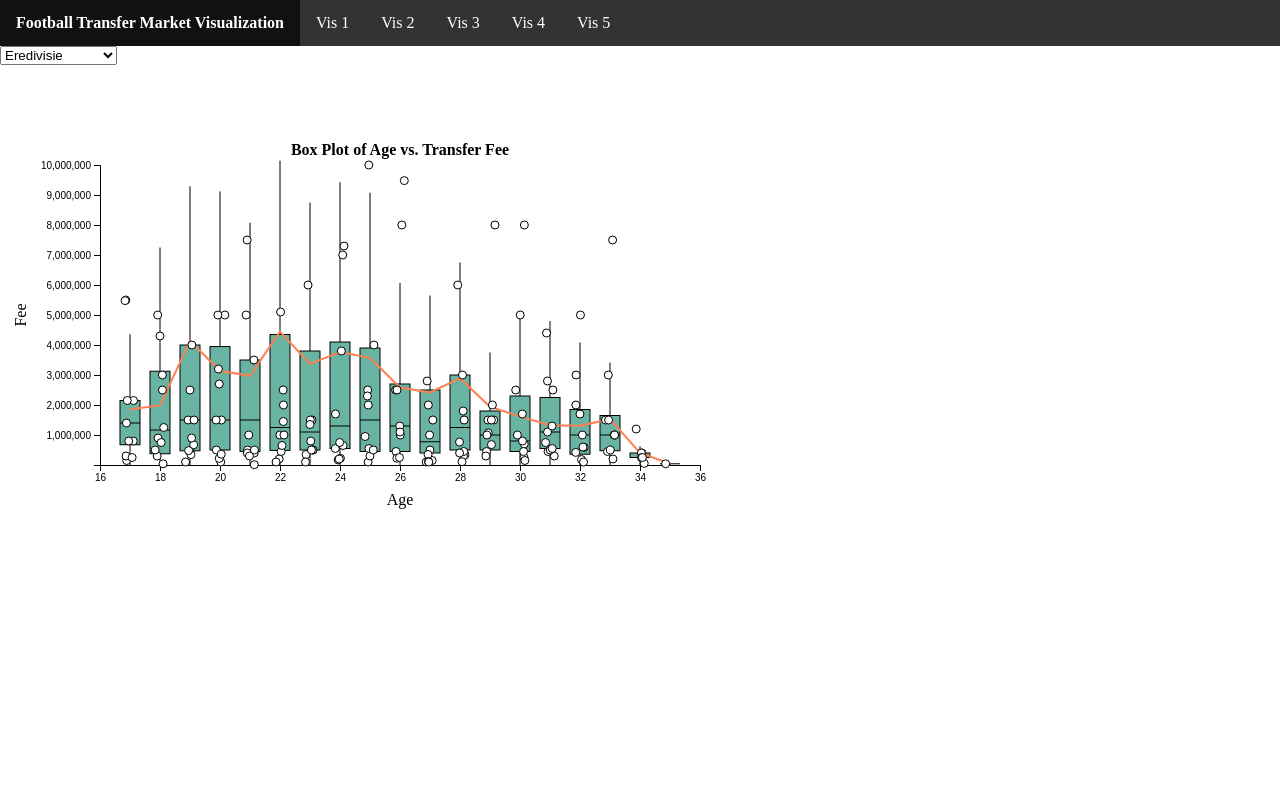
Repository: cedricshan/Football-Transfer-Market-Visualization
Page: dashboard/BoxPlot.html
The author's editor kept a copy of each file at every save. The page is drawn from the files as they stood at one save, then again after the next save.
The browser window is 1280 px wide. The pictures show the whole page.

Above is the page before, as saved 2023-10-18 21:20:50.

After the next save:
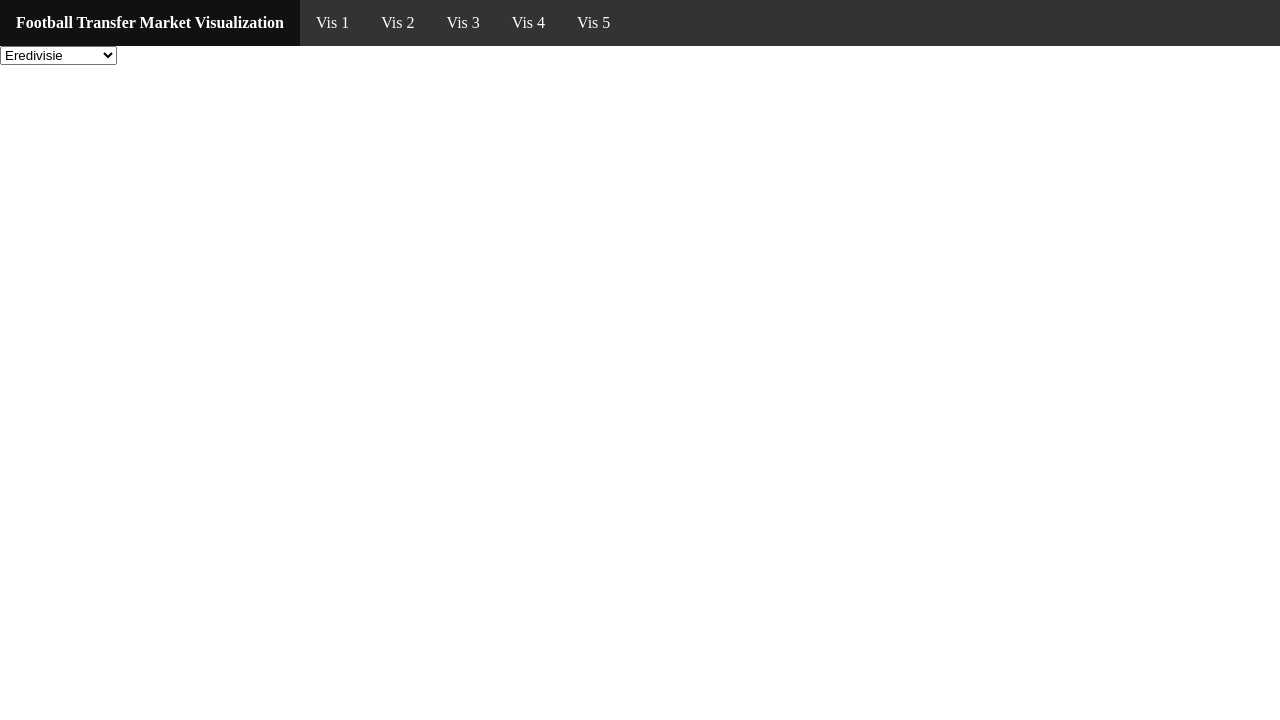
Console error: SyntaxError: Unexpected end of input
Saved 7 s later.
--- a/dashboard/BoxPlot.js
+++ b/dashboard/BoxPlot.js
@@ -5,6 +5,7 @@
     // The value of the selected option (filename) can be accessed via this.value
     loadAndVisualizeData(this.value);
 });
+function loadAndVisualizeData(filename) {
         d3.csv("processed_eredivisie.csv")
         .then(data => {
             return data.map(d => {

After the 5 saves that followed:
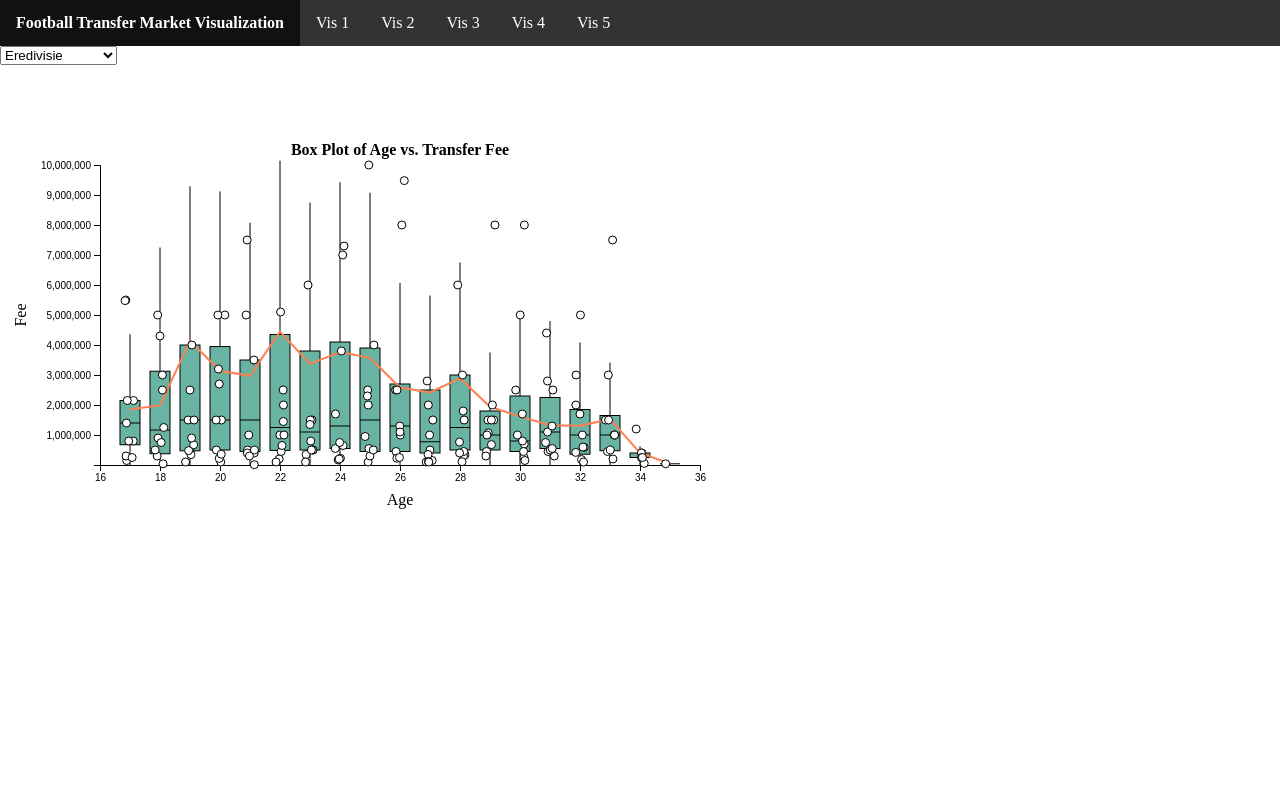
The error is gone.
The 5 saves are shown as one change because 1 left the picture as it was and some came seconds apart.
The last was saved 29 s later.
--- a/dashboard/BoxPlot.js
+++ b/dashboard/BoxPlot.js
@@ -243,6 +243,8 @@
 
 
         })
-.catch(error => {
-    console.error("Error loading or processing the CSV:", error);
-});
+        .catch(error => {
+            console.error("Error loading or processing the CSV:", error);
+        });
+}
+loadAndVisualizeData(document.getElementById("csv-select").value);
